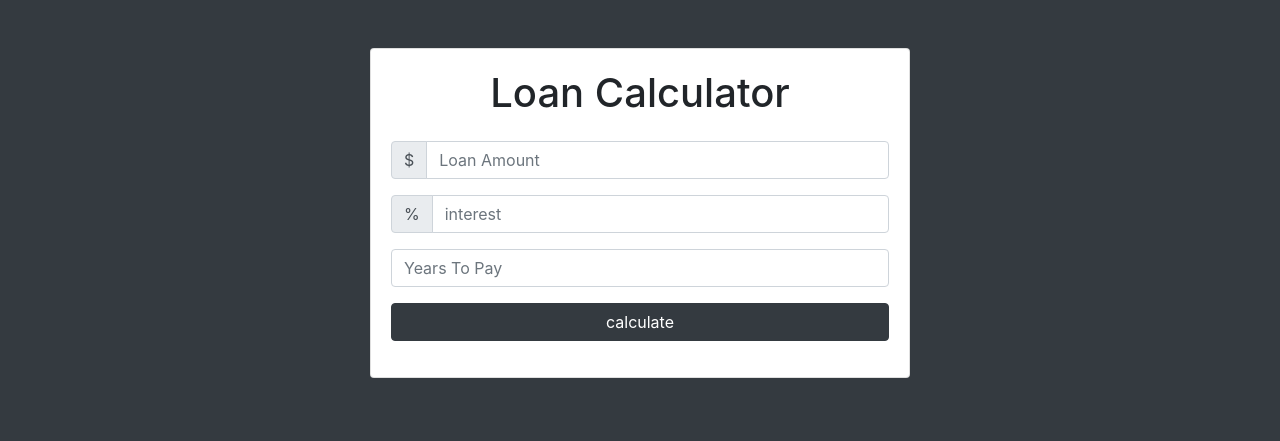
Repository: varun-project/LearningJs
Page: index.html
The author's editor kept a copy of each file at every save. The page is drawn from the files as they stood at one save, then again after a run of saves.
The browser window is 1280 px wide. The pictures show the whole page.

Above is the page before, as saved 2019-07-28 17:18:33.

After the next 3 saves:
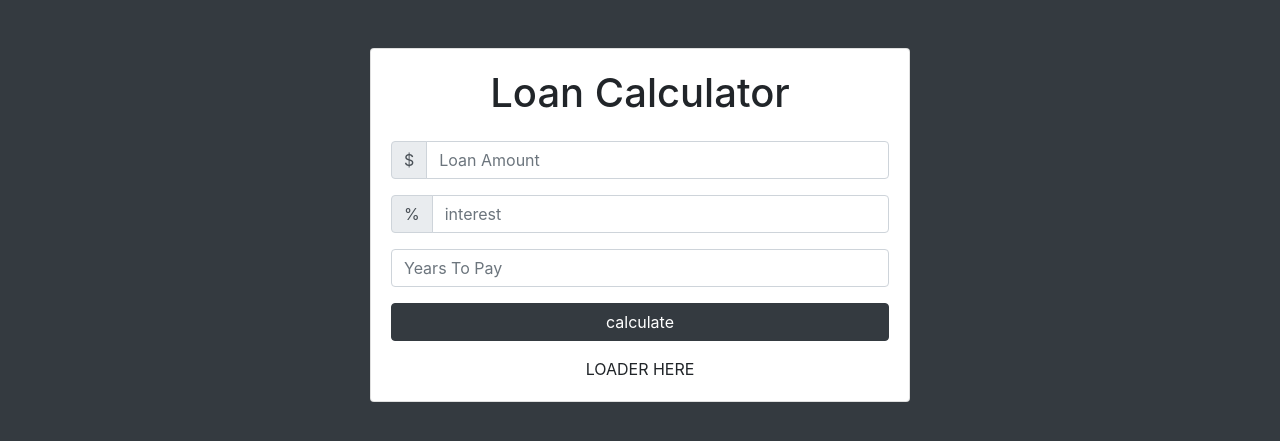
The 3 saves are shown as one change because they came seconds apart.
The last was saved 39 s later.
--- a/index.html
+++ b/index.html
@@ -67,6 +67,7 @@
                 />
               </div>
             </form>
+            LOADER HERE
           </div>
         </div>
       </div>

After the save that followed:
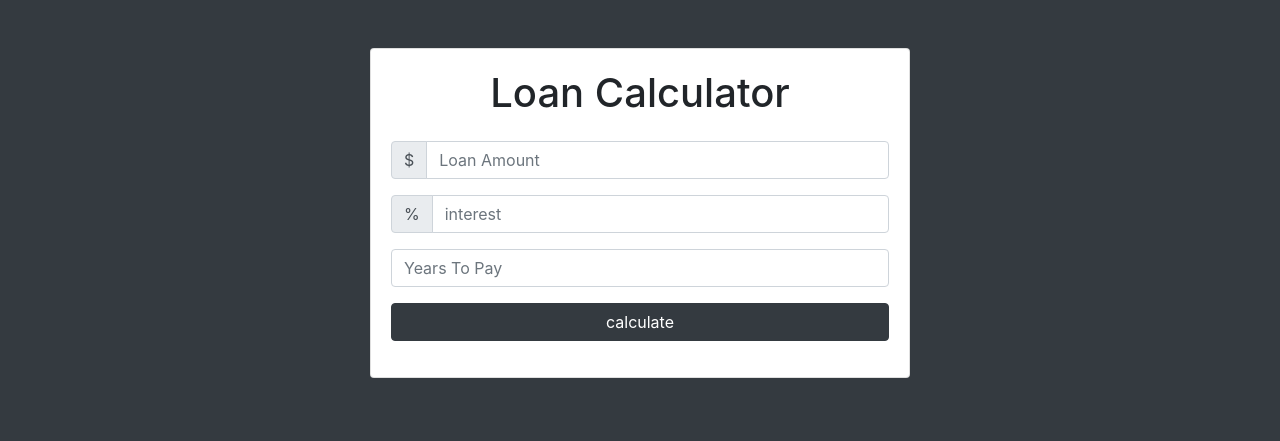
Saved 5 s later.
--- a/index.html
+++ b/index.html
@@ -67,7 +67,7 @@
                 />
               </div>
             </form>
-            LOADER HERE
+            <!-- LOADER HERE -->
           </div>
         </div>
       </div>
